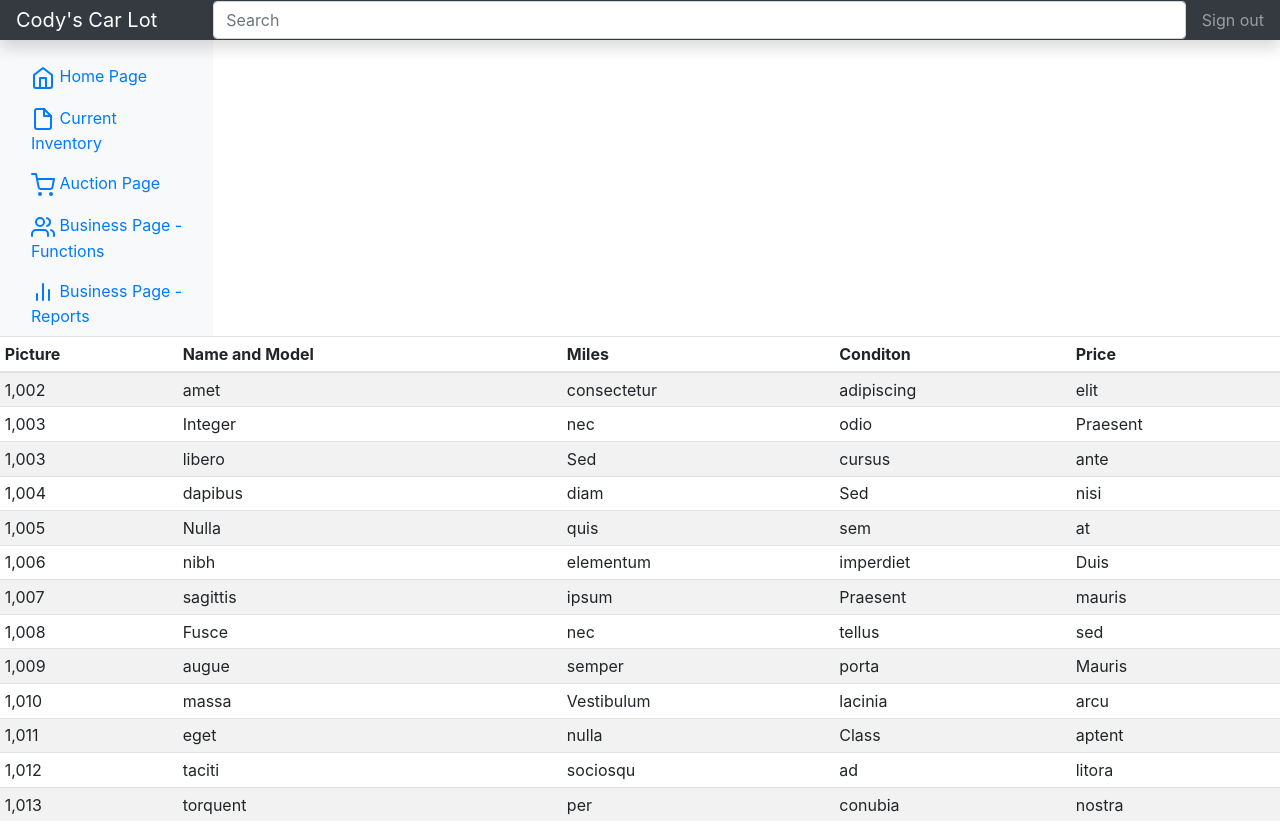
Repository: CodyHogge/CarDealershipProject
Page: http://localhost/CarDealershipProject/booted_inventory.jsp
An editor plug-in stored every save of this project. The page is shown before and after the next save, followed by the edit.
The browser window is 1280 px wide. The pictures show the whole page.
The page is served by Tomcat 9. Other server files are loaded and not shown. The template is opened directly, without the code that normally fills it, so the values that code supplies are empty.

Above is the page before, as saved 2020-09-16 15:09:52.

### CarDealershipProject/WebContent/booted_inventory.jsp
<%@ taglib prefix="c" uri="http://java.sun.com/jsp/jstl/core" %>
<%@ page language="java" contentType="text/html; charset=ISO-8859-1"
    pageEncoding="ISO-8859-1"%>
<!DOCTYPE html>
<html>
<head>
<meta charset="ISO-8859-1">
<title>Cody's Car Lot</title>
<link rel="stylesheet" href="https://stackpath.bootstrapcdn.com/bootstrap/4.5.2/css/bootstrap.min.css" integrity="sha384-JcKb8q3iqJ61gNV9KGb8thSsNjpSL0n8PARn9HuZOnIxN0hoP+VmmDGMN5t9UJ0Z" crossorigin="anonymous">
<link rel="stylesheet" href="./styles/styles.css">
</head>
<body>
	<nav class="navbar navbar-dark sticky-top bg-dark flex-md-nowrap p-0 shadow">
  		<a class="navbar-brand col-md-3 col-lg-2 mr-0 px-3" href="#">Cody's Car Lot</a>
  			<button class="navbar-toggler position-absolute d-md-none collapsed" type="button" data-toggle="collapse" data-target="#sidebarMenu" aria-controls="sidebarMenu" aria-expanded="false" aria-label="Toggle navigation">
    			<span class="navbar-toggler-icon"></span>
  			</button>
  		<input class="form-control form-control-dark w-100" type="text" placeholder="Search" aria-label="Search">
  			<ul class="navbar-nav px-3">
    			<li class="nav-item text-nowrap">
      				<a class="nav-link" href="#">Sign out</a>
    			</li>
  			</ul>
	</nav>
	<div class="container-fluid">
  		<div class="row">
    		<nav id="sidebarMenu" class="col-md-3 col-lg-2 d-md-block bg-light sidebar collapse show" style="">
      			<div class="sidebar-sticky pt-3">
        			<ul class="nav flex-column">
          				<li class="nav-item">
            				<a class="nav-link active" href="booted_home.jsp">
              					<svg xmlns="http://www.w3.org/2000/svg" width="24" height="24" viewBox="0 0 24 24" fill="none" stroke="currentColor" stroke-width="2" stroke-linecap="round" stroke-linejoin="round" class="feather feather-home"><path d="M3 9l9-7 9 7v11a2 2 0 0 1-2 2H5a2 2 0 0 1-2-2z"></path><polyline points="9 22 9 12 15 12 15 22"></polyline></svg>
              					Home Page
            				</a>
          				</li>
          				<li class="nav-item">
            				<a class="nav-link" href="booted_inventory.jsp">
              					<svg xmlns="http://www.w3.org/2000/svg" width="24" height="24" viewBox="0 0 24 24" fill="none" stroke="currentColor" stroke-width="2" stroke-linecap="round" stroke-linejoin="round" class="feather feather-file"><path d="M13 2H6a2 2 0 0 0-2 2v16a2 2 0 0 0 2 2h12a2 2 0 0 0 2-2V9z"></path><polyline points="13 2 13 9 20 9"></polyline></svg>
              					Current Inventory <span class="sr-only">(current)</span>
            				</a>
          				</li>
          				<li class="nav-item">
            				<a class="nav-link" href="booted_auction.jsp">
              					<svg xmlns="http://www.w3.org/2000/svg" width="24" height="24" viewBox="0 0 24 24" fill="none" stroke="currentColor" stroke-width="2" stroke-linecap="round" stroke-linejoin="round" class="feather feather-shopping-cart"><circle cx="9" cy="21" r="1"></circle><circle cx="20" cy="21" r="1"></circle><path d="M1 1h4l2.68 13.39a2 2 0 0 0 2 1.61h9.72a2 2 0 0 0 2-1.61L23 6H6"></path></svg>
              					Auction Page
            				</a>
          				</li>
          				<li class="nav-item">
            				<a class="nav-link" href="booted_functions.jsp">
              					<svg xmlns="http://www.w3.org/2000/svg" width="24" height="24" viewBox="0 0 24 24" fill="none" stroke="currentColor" stroke-width="2" stroke-linecap="round" stroke-linejoin="round" class="feather feather-users"><path d="M17 21v-2a4 4 0 0 0-4-4H5a4 4 0 0 0-4 4v2"></path><circle cx="9" cy="7" r="4"></circle><path d="M23 21v-2a4 4 0 0 0-3-3.87"></path><path d="M16 3.13a4 4 0 0 1 0 7.75"></path></svg>
              					Business Page - Functions
            				</a>
          				</li>
          				<li class="nav-item">
            				<a class="nav-link" href="booted_reports.jsp">
              					<svg xmlns="http://www.w3.org/2000/svg" width="24" height="24" viewBox="0 0 24 24" fill="none" stroke="currentColor" stroke-width="2" stroke-linecap="round" stroke-linejoin="round" class="feather feather-bar-chart-2"><line x1="18" y1="20" x2="18" y2="10"></line><line x1="12" y1="20" x2="12" y2="4"></line><line x1="6" y1="20" x2="6" y2="14"></line></svg>
              					Business Page - Reports
            				</a>
          				</li>
        			</ul>
      			</div>
    		</nav>
 		</div>
	</div> <!-- Close side bar -->

	<div class="table-responsive">
        <table class="table table-striped table-sm">
          <thead>
            <tr>
              <th>Picture</th>
              <th>Name and Model</th>
              <th>Miles</th>
              <th>Conditon</th>
              <th>Price</th>
            </tr>
          </thead>
          <tbody>
          	<c:forEach var="car" items="${inventoryList}">
          		<c:if test="${car.getOwnerDate == null}">
          			<tr>
              			<td>Picture</td>
              			<td>Name</td>
              			<td>Miles</td>
              			<td>Condition</td>
              			<td>Price</td>
            		</tr>
            	</c:if>
          	</c:forEach>
            <tr>
              <td>1,002</td>
              <td>amet</td>
              <td>consectetur</td>
              <td>adipiscing</td>
              <td>elit</td>
            </tr>
            <tr>
              <td>1,003</td>
              <td>Integer</td>
              <td>nec</td>
              <td>odio</td>
              <td>Praesent</td>
            </tr>
            <tr>
              <td>1,003</td>
              <td>libero</td>
              <td>Sed</td>
              <td>cursus</td>
              <td>ante</td>
            </tr>
            <tr>
              <td>1,004</td>
              <td>dapibus</td>
              <td>diam</td>
              <td>Sed</td>
              <td>nisi</td>
            </tr>
            <tr>
              <td>1,005</td>
              <td>Nulla</td>
              <td>quis</td>
              <td>sem</td>
              <td>at</td>
            </tr>
            <tr>
              <td>1,006</td>
              <td>nibh</td>
              <td>elementum</td>
              <td>imperdiet</td>
              <td>Duis</td>
            </tr>
            <tr>
              <td>1,007</td>
              <td>sagittis</td>
              <td>ipsum</td>
              <td>Praesent</td>
              <td>mauris</td>
            </tr>
            <tr>
              <td>1,008</td>
              <td>Fusce</td>
              <td>nec</td>
              <td>tellus</td>
              <td>sed</td>
            </tr>
            <tr>
              <td>1,009</td>
              <td>augue</td>
              <td>semper</td>
              <td>porta</td>
              <td>Mauris</td>
            </tr>
            <tr>
              <td>1,010</td>
              <td>massa</td>
              <td>Vestibulum</td>
              <td>lacinia</td>
              <td>arcu</td>
            </tr>
            <tr>
              <td>1,011</td>
              <td>eget</td>
              <td>nulla</td>
              <td>Class</td>
              <td>aptent</td>
            </tr>
            <tr>
              <td>1,012</td>
              <td>taciti</td>
              <td>sociosqu</td>
              <td>ad</td>
              <td>litora</td>
            </tr>
            <tr>
              <td>1,013</td>
              <td>torquent</td>
              <td>per</td>
              <td>conubia</td>
              <td>nostra</td>
            </tr>
          </tbody>
        </table>
      </div>







</body>
</html>

### CarDealershipProject/WebContent/styles/styles.css
.top-banner{
	font-variant: small-caps;
	font-size: 16pt;
	border-style: dotted;
	border-right-width: 1px;
	border-left-width: 1px;
	border-top-width: 1px;
	border-bottom-width: 1px;
	border-color: black;
	background-color: #d5d5d5;
	color: orange;
}

.avail-cars{
	margin: 15px;
	background-color: #d5d5d5;
	border-style: solid;
	border-right-width: 1px;
	border-left-width: 1px;
	border-top-width: 1px;
	border-bottom-width: 1px;
	border-color: black;
}

.avail-cars.td{
	background-color: gray;
	border-style: solid;
	border-right-width: 2px;
	border-left-width: 2px;
	border-top-width: 2px;
	border-bottom-width: 2px;
	border-color: black;
}

.sold-cars{
	margin: 15px;
	background-color: #d5d5d5;
	border-style: solid;
	border-right-width: 1px;
	border-left-width: 1px;
	border-top-width: 1px;
	border-bottom-width: 1px;
	border-color: black;
}

.h4{
	margin: 10px;
	font-variant: small-caps;
}

After the next save:
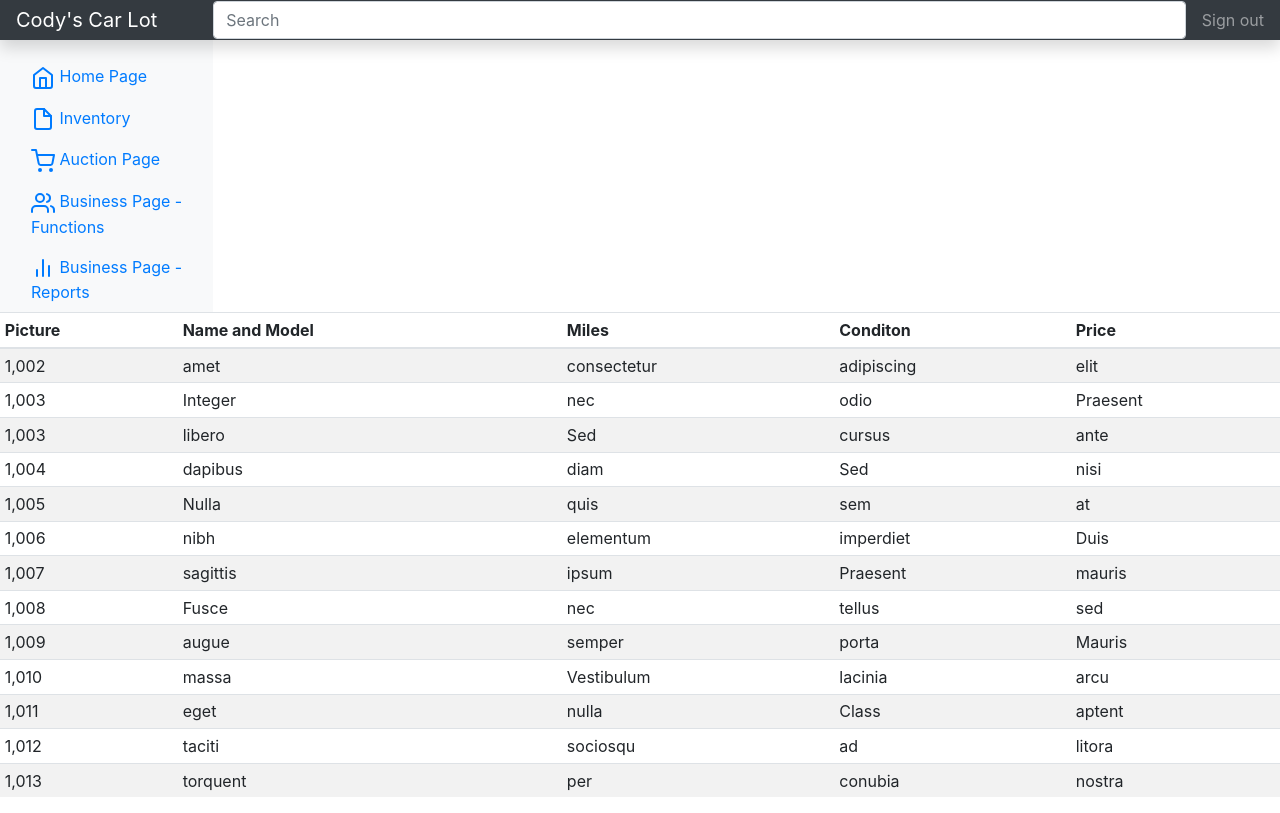
Saved 8 s later.
--- a/CarDealershipProject/WebContent/booted_inventory.jsp
+++ b/CarDealershipProject/WebContent/booted_inventory.jsp
@@ -36,7 +36,7 @@
           				<li class="nav-item">
             				<a class="nav-link" href="booted_inventory.jsp">
               					<svg xmlns="http://www.w3.org/2000/svg" width="24" height="24" viewBox="0 0 24 24" fill="none" stroke="currentColor" stroke-width="2" stroke-linecap="round" stroke-linejoin="round" class="feather feather-file"><path d="M13 2H6a2 2 0 0 0-2 2v16a2 2 0 0 0 2 2h12a2 2 0 0 0 2-2V9z"></path><polyline points="13 2 13 9 20 9"></polyline></svg>
-              					Current Inventory <span class="sr-only">(current)</span>
+              					Inventory <span class="sr-only">(current)</span>
             				</a>
           				</li>
           				<li class="nav-item">
